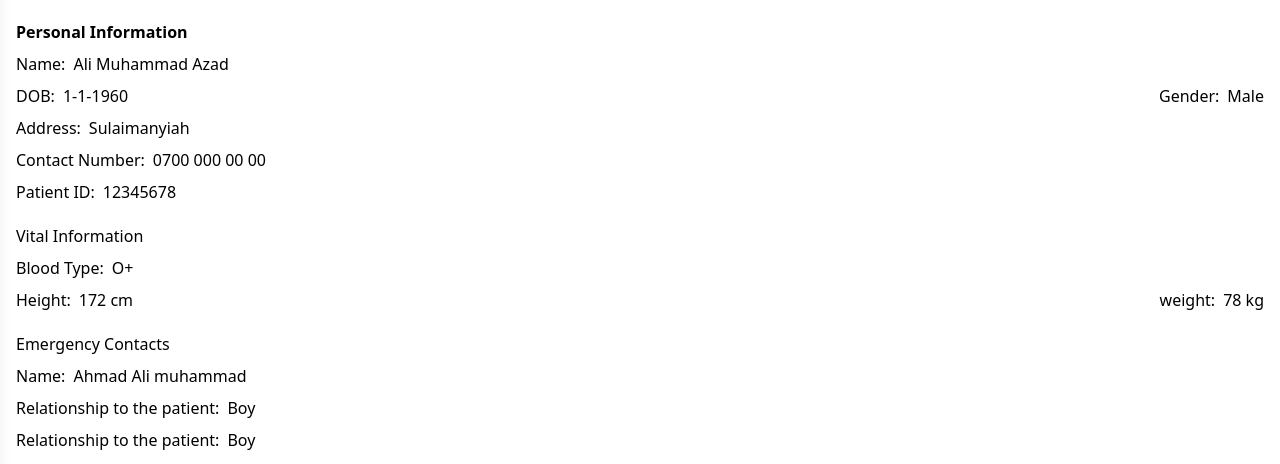
Repository: Sanaa00/HI-user
Page: /
The author's editor kept a copy of each file at every save. The page is drawn from the files as they stood at one save, then again after the next save.
The browser window is 1280 px wide. The pictures show the part of the page from y = 336 to 800 px (the page is 800 px tall).
The project was rebuilt for these pictures with package versions that can differ from the ones it lists, and the page was loaded fresh each time. Also part of the build but not shown: vite.config.js, src/App.css, src/Pages/Test.jsx.

Above is the page before, as saved 2024-01-10 21:50:52.

### src/main.jsx
import React from 'react';
import ReactDOM from 'react-dom/client';
import App from './App.jsx';
import './index.css';
import { BrowserRouter } from 'react-router-dom';

ReactDOM.createRoot(document.getElementById('root')).render(
  <React.StrictMode>
    <BrowserRouter>
      {/* <Provider store={store}> */}
      <App />
      {/* </Provider>{' '} */}
    </BrowserRouter>
  </React.StrictMode>,
);

### src/App.jsx
import { Route, Routes } from 'react-router-dom';
import './App.css';
import Home from './Pages/Home';
import Test from './Pages/Test';
import Navbar from './Components/Navbar';

function App() {
  return (
    <>
      <Navbar />
      <Routes>
        <Route path="/" element={<Home />}>
          <Route path="/test" element={<Test />} />
          {/* <Route path="products" element={<Products />} />
          <Route path="setting" element={<Setting />} />
          <Route path="hide" element={<HideProducts />} /> */}
        </Route>
      </Routes>
    </>
  );
}

export default App;

### src/Pages/Home.jsx
function Home() {
  return (
    <div className="mt-20 h-screen p-4">
      <img
        className="object-cover w-full rounded-md h-60 "
        src="https://images.unsplash.com/photo-1504257432389-52343af06ae3?q=80&w=1887&auto=format&fit=crop&ixlib=rb-4.0.3&ixid=M3wxMjA3fDB8MHxwaG90by1wYWdlfHx8fGVufDB8fHx8fA%3D%3D"
        alt="user"
      />
      <div className="mt-5 font-semibold">Personal Information</div>
      <div className="mt-2">
        <span>Name:</span>
        <span className="ml-2">Ali Muhammad Azad</span>
      </div>{' '}
      <div className="mt-2 flex justify-between items-center">
        <span>
          {' '}
          <span>DOB:</span>
          <span className="ml-2">1-1-1960</span>
        </span>{' '}
        <span>
          {' '}
          <span>Gender:</span>
          <span className="ml-2">Male</span>
        </span>
      </div>{' '}
      {/* ******************** */}
      <div className="mt-2 flex justify-between items-center">
        <span>
          {' '}
          <span>Address:</span>
          <span className="ml-2">Sulaimanyiah</span>
        </span>
      </div>
      {/* ****************** */}
      <div className="mt-2 flex justify-between items-center">
        <span>
          {' '}
          <span>Contact Number:</span>
          <span className="ml-2">0700 000 00 00</span>
        </span>{' '}
      </div>{' '}
      <div className="mt-2 flex justify-between items-center">
        <span>
          {' '}
          <span>Patient ID:</span>
          <span className="ml-2">12345678</span>
        </span>{' '}
      </div>
      {/* **********vital information*********** */}
      <div className="mt-5">Vital Information</div>
      <div className="mt-2 flex justify-between items-center">
        <span>
          {' '}
          <span>Blood Type:</span>
          <span className="ml-2">O+</span>
        </span>{' '}
      </div>{' '}
      <div className="mt-2 flex justify-between items-center">
        <span>
          {' '}
          <span>Height:</span>
          <span className="ml-2">172 cm</span>
        </span>{' '}
        <span>
          {' '}
          <span>weight:</span>
          <span className="ml-2">78 kg</span>
        </span>{' '}
      </div>{' '}
      {/* ***************Emergency Contacts********** */}
      <div className="mt-5">Emergency Contacts</div>
      <div className="mt-2 flex justify-between items-center">
        <span>
          {' '}
          <span>Name:</span>
          <span className="ml-2">Ahmad Ali muhammad</span>
        </span>{' '}
      </div>{' '}
      <div className="mt-2 flex justify-between items-center">
        <span>
          {' '}
          <span>Relationship to the patient:</span>
          <span className="ml-2">Boy</span>
        </span>{' '}
      </div>{' '}
      <div className="mt-2 flex justify-between items-center">
        <span>
          {' '}
          <span>Relationship to the patient:</span>
          <span className="ml-2">Boy</span>
        </span>{' '}
      </div>
    </div>
  );
}

export default Home;

### src/Components/Navbar.jsx
import { useState } from 'react';
import { Link, NavLink } from 'react-router-dom';

function Navbar() {
  const [open, setOpen] = useState(false);
  return (
    <div className="flex text-neutral-700 top-0 z-50 fixed px-4 justify-between items-center bg-white h-16 w-full">
      <div
        className={` flex justify-between hover:bg-opacity-80 duration-500 hover:duration-500 items-center w-full h-full text-lg font-bold`}
      >
        <button onClick={() => setOpen(!open)} className="">
          menu
          {/* <GiHamburgerMenu className="w-8 object-cover h-9 text-orange" /> */}
        </button>{' '}
        <div
          className={` bg-white rounded-sm  flex flex-col fixed w-3/5 lg:w-96 top-0 z-40 left-0 shadow-lg transform duration-500 ease-in-out ${
            open ? 'translate-x-0' : '-translate-x-full'
          }`}
        >
          <button
            onClick={() => setOpen(!open)}
            className="mt-8 mb-2 left-0 px-4 flex h-16"
          >
            close
            {/* <IoCloseCircle className="text-orange justify-end w-8 object-cover h-8 self-end" /> */}
          </button>

          <div className="w-full h-screen flex flex-col text-orange p-4">
            <Link to="/" onClick={() => setOpen(!open)} className="py-3">
              Home
            </Link>
            <Link to="/skills" onClick={() => setOpen(!open)} className="py-3">
              Skills
            </Link>
            <Link
              to="/projects"
              onClick={() => setOpen(!open)}
              className="py-3"
            >
              Projects
            </Link>
          </div>
        </div>
      </div>
      <NavLink to="/" className="ml-2 font-bold">
        Name
      </NavLink>
    </div>
  );
}

export default Navbar;

Loaded but not shown: index.html (common file); src/index.css (common file); tailwind.config.js (common file)

After the next save:
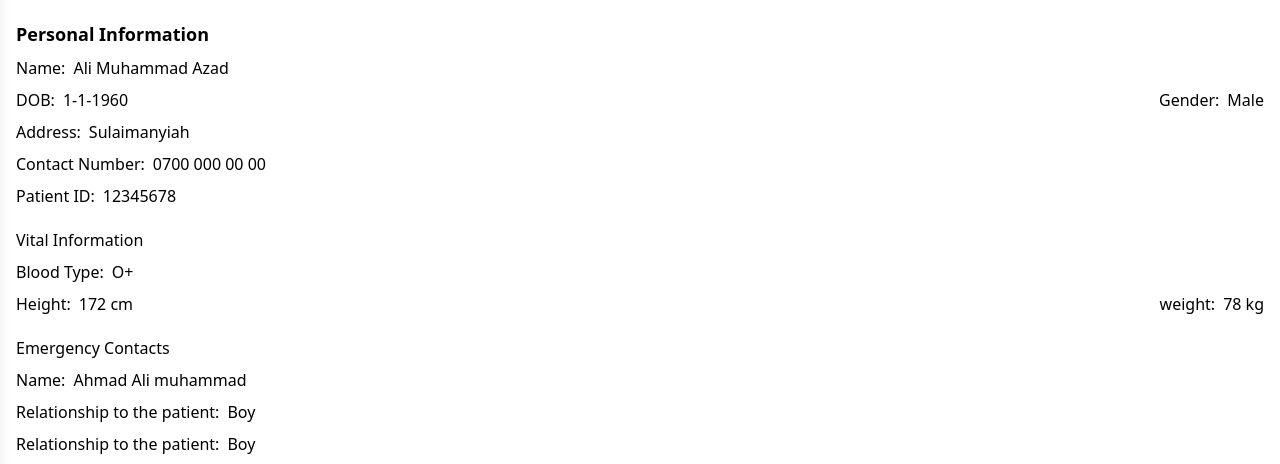
Saved 7 s later.
--- a/src/Pages/Home.jsx
+++ b/src/Pages/Home.jsx
@@ -6,7 +6,7 @@ function Home() {
         src="https://images.unsplash.com/photo-1504257432389-52343af06ae3?q=80&w=1887&auto=format&fit=crop&ixlib=rb-4.0.3&ixid=M3wxMjA3fDB8MHxwaG90by1wYWdlfHx8fGVufDB8fHx8fA%3D%3D"
         alt="user"
       />
-      <div className="mt-5 font-semibold">Personal Information</div>
+      <div className="mt-5 font-semibold text-lg">Personal Information</div>
       <div className="mt-2">
         <span>Name:</span>
         <span className="ml-2">Ali Muhammad Azad</span>
